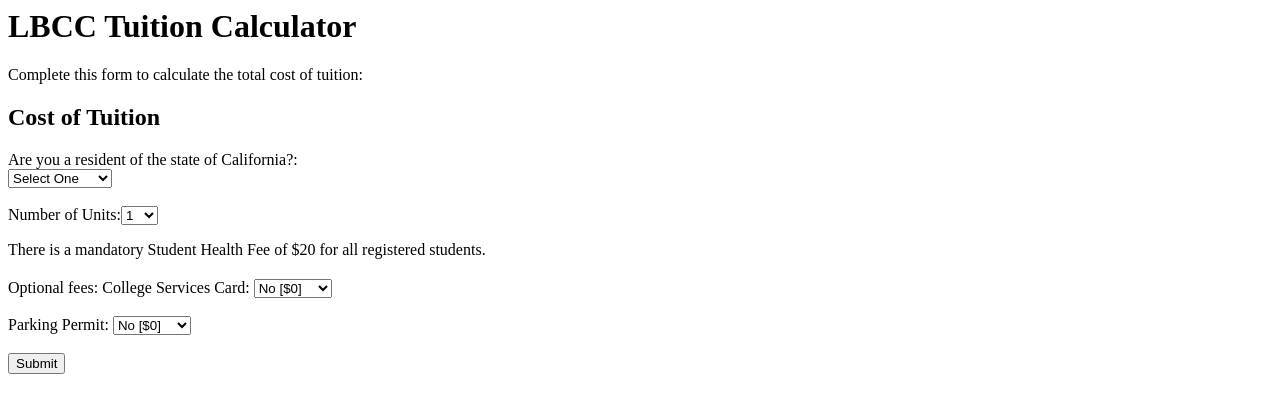
Repository: lilliebee/COSW30
Page: homework/homework3/tuition_calculator.html
The author's editor kept a record of every edit. The page is drawn from the files as they stood at one moment, then again after the next edit.
The browser window is 1280 px wide. The pictures show the whole page.

Above is the page before.

### homework/homework3/tuition_calculator.html
<html>
    <head>
        <meta charset="UTF-8">
        <title>Homework 3</title>
    </head>
    <body>
        <h1>LBCC Tuition Calculator</h1>
        <p>Complete this form to calculate the total cost of tuition:</p>

        <form action="process_tuition.php" method="POST" target="_blank">
             <h2>Cost of Tuition</h2>
            <div class = "label"><label for="residency">Are you a resident of the state of California?: </div>
            <div class="field"><select name="resident" id="resident" required>
                <option value="" selected disabled> Select One</option>
                <option value="Yes">Resident</option>
                <option value="No">Non-Resident</option>
            </select>
            </div>

            <br>
            <label for="units">Number of Units:<select name="units">
                <option value="1">1</option>
                <option value="2">2</option>
                <option value="3">3</option>
                <option value="4">4</option>
                <option value="5">5</option>
                <option value="6">6</option>
                <option value="7">7</option>
                <option value="8">8</option>
                <option value="9">9</option>
                <option value="10">10</option>
                <option value="11">11</option>
                <option value="12">12</option>
                <option value="13">13</option>
                <option value="14">14</option>
                <option value="15">15</option>
                <option value="16">16</option>
                <option value="17">17</option>
                <option value="18">18</option>
                <option value="19">19</option>
                <option value="20">20</option>
                <option value="21">21</option>
            </select></label><br>
            <p>There is a mandatory Student Health Fee of $20 for all registered students.</p>

            <h2></h2>Optional fees:</h2>
            <label for="services">College Services Card: <select name="services">
                <option value="0">No [$0]</option>
                <option value="20">Yes [$20]</option>
            </select></label><br>
            <br>
            <label for="parking">Parking Permit: <select name="parking">
                <option value="0">No [$0]</option>
                <option value="30">Yes [$30]</option>
            </select></label><br>
            <br>
            <input type="submit" value="Submit">
        </form>
    </body>
</html>

After the next edit:
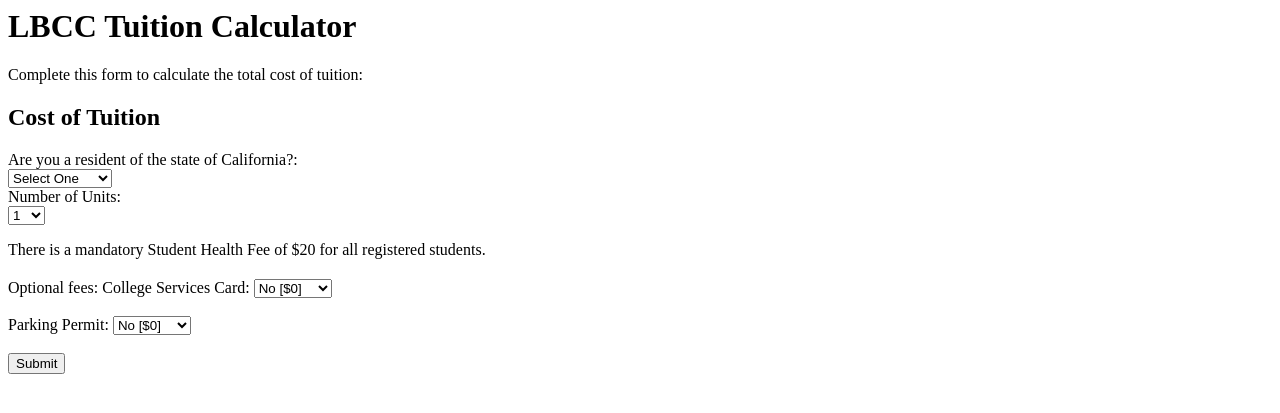
The edit:
--- a/homework/homework3/tuition_calculator.html
+++ b/homework/homework3/tuition_calculator.html
@@ -17,8 +17,9 @@
             </select>
             </div>
 
-            <br>
-            <label for="units">Number of Units:<select name="units">
+
+            <div class = "label"> <label for="units">Number of Units:</label></div>
+            <div class = "input"><select name="units" required>
                 <option value="1">1</option>
                 <option value="2">2</option>
                 <option value="3">3</option>
